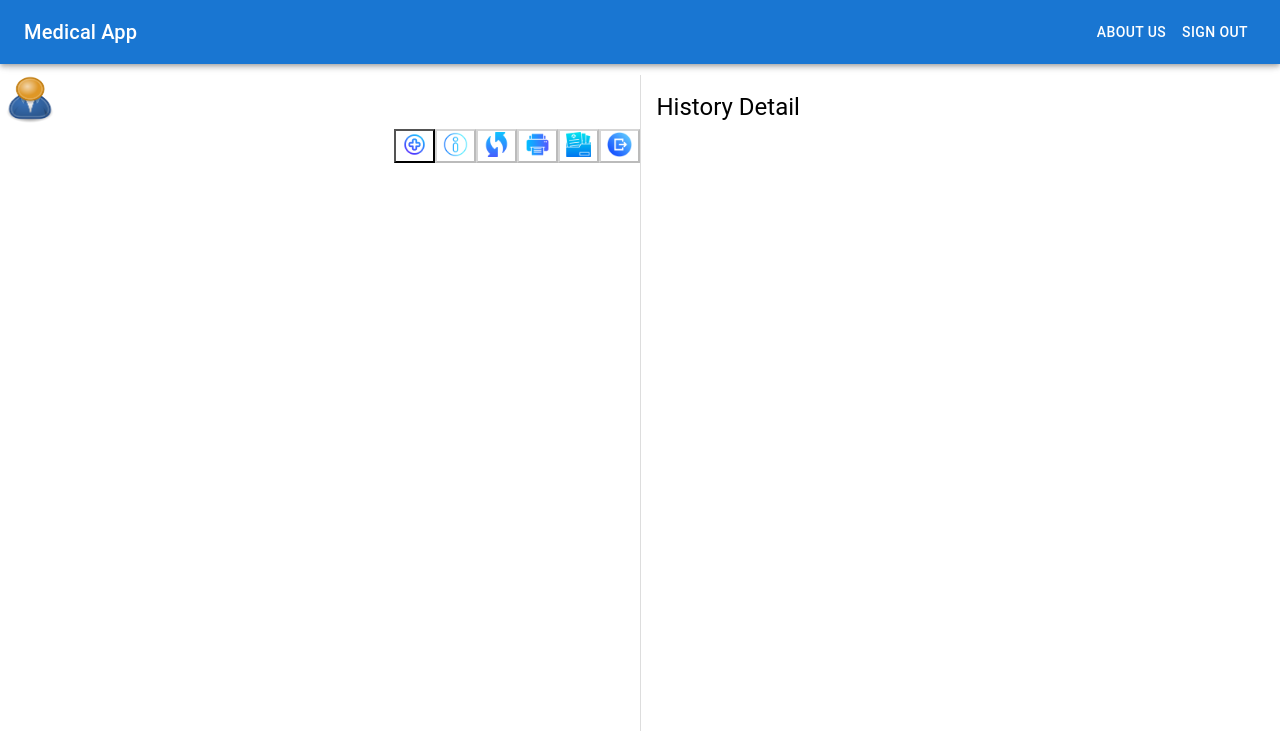
Repository: sshaiv/demo_project
Page: /
An editor plug-in stored every save of this project. The page is shown before and after a run of saves, followed by the edit.
The browser window is 1280 px wide. The pictures show the whole page.
The project was rebuilt for these pictures with package versions that can differ from the ones it lists, and the page was loaded fresh each time.

Above is the page before, as saved 2024-08-12 20:42:17.

After the next 6 saves:
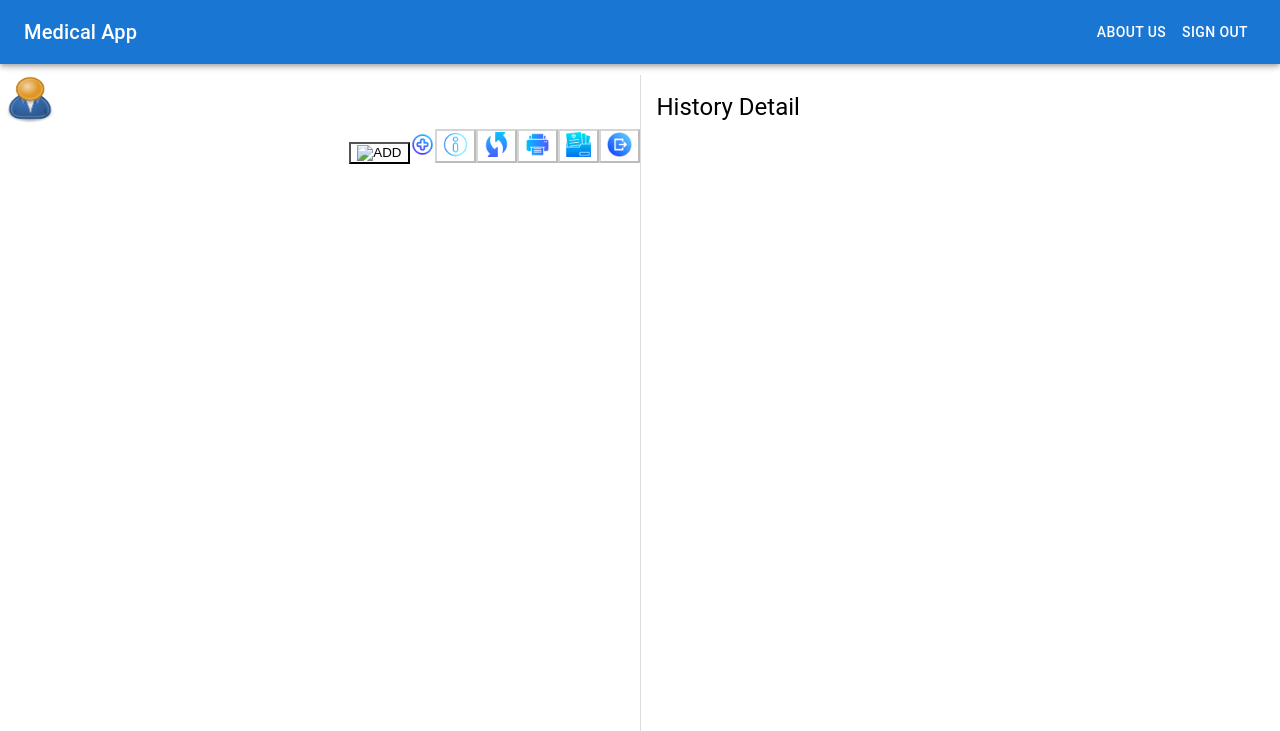
The 6 saves are shown as one change because 1 did not build or start and some came seconds apart.
The last was saved 45 s later.
--- a/src/components/NursingHeader.js
+++ b/src/components/NursingHeader.js
@@ -37,11 +37,12 @@ const NursingHeader = () => {
           <Button
             id="btnPatAdd"
             // imgSrc="../assets/addpatients.png"
-             imgSrc="/public/assets/addpatients.png"
+            //  imgSrc="/public/assets/addpatients.png"
 
             // onClick={() => DocumentPatientFile(1)}
             title="ADD"
           />
+           <img src="/assets/addpatients.png" style={{ width: "25px", height: "25px" }} alt="ADD" />
           <Button
             imgSrc="/Images/docExmnpics/info-button.png"
             disabled
